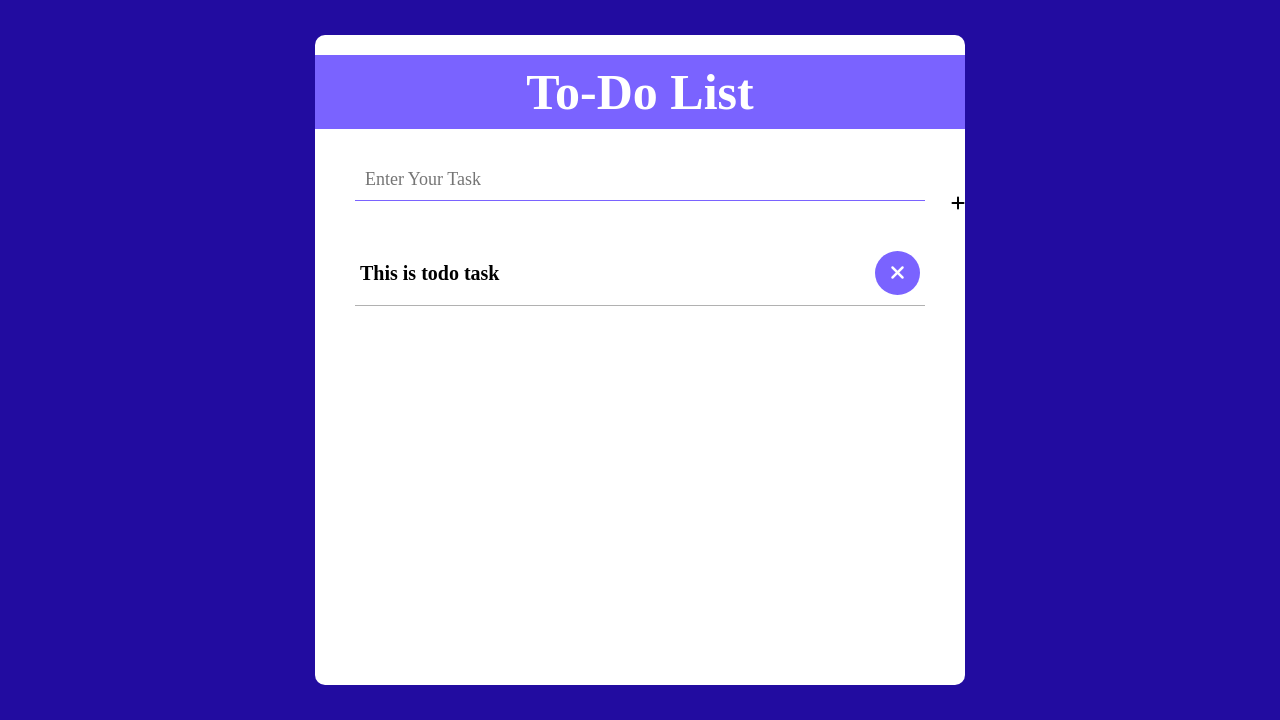
Repository: AliHassan02-Dev/To-Do-App
Page: /
The author's editor kept a copy of each file at every save. The page is drawn from the files as they stood at one save, then again after the next save.
The browser window is 1280 px wide. The pictures show the whole page.
Some web libraries are served in a nearby version. The project was rebuilt for these pictures with package versions that can differ from the ones it lists, and the page was loaded fresh each time. Also part of the build but not shown: vite.config.js.

Above is the page before, as saved 2024-10-28 11:53:43.

### src/App.css
* {
  margin: 0;
  padding: 0;
  box-sizing: border-box;
  font-family: poppins;
}

.mainWrapper {
  width: 100%;
  height: 100vh;
  background-color: rgb(34, 12, 160);
  display: flex;
  justify-content: center;
  flex-direction: column;
}

.mainWrapper .container {
  width: 100%;
  max-width: 650px;
  height: 650px;
  background-color: white;
  margin: auto;
  border-radius: 10px;
}

.mainWrapper .container .topBar {
  margin: 20px 0px;
}

.mainWrapper .container .topBar h2 {
  width: 100%;
  text-align: center;
  background-color: rgb(122, 99, 255);
  font-size: 50px;
  padding: 8px;
  color: white;
}

.mainWrapper .container .topBar .addTask {
  width: 100%;
  display: flex;
  justify-content: center;
  align-items: center;
  padding: 10px 40px;
  margin-top: 20px;
  position: relative;
}

.mainWrapper .container .topBar .addTask input {
  width: 100%;
  border: none;
  border-bottom: 1px solid rgb(122, 99, 255);
  font-size: 18px;
  padding: 10px;
}

.mainWrapper .container .topBar .addTask span {
  position: absolute;
  bottom: 0;
  right: 0;
}

.mainWrapper .container .bottomBar {
  margin: 20px 0px;
  padding: 10px 40px;
}

.mainWrapper .container .bottomBar ol {
  list-style-type: none;
}

.mainWrapper .container .bottomBar .taskList {
  width: 100%;
  flex-wrap: nowrap;
  display: flex;
  justify-content: space-between;
  align-items: center;
  border-bottom: 1px solid rgba(100, 100, 100, 0.5);
  padding: 10px 5px;
}

.mainWrapper .container .bottomBar .taskList li {
  font-size: 20px;
  font-weight: 600;
}

.mainWrapper .container .bottomBar .taskList span {
  color: white;
  background-color: rgb(122, 99, 255);
  padding: 12px 15px;
  font-size: 20px;
  border-radius: 100%;
  cursor: pointer;
}

### src/App.jsx
import React from "react";
import TaskList from "./Components/TaskList";

const App = () => {
  return (
    <div className="mainWrapper">
      <div className="container">
        <div className="topBar">
          <h2>To-Do List</h2>

          <div className="addTask">
            <input type="text" placeholder="Enter Your Task" />
            <span className="fa-solid fa-plus"></span>
          </div>
        </div>
        <div className="bottomBar">
          <ol>
            <TaskList />
          </ol>
        </div>
      </div>
    </div>
  );
};

export default App;

### src/Components/TaskList.jsx
import React from "react";

const TaskList = () => {
  return (
    <div className="taskList">
      <li>This is todo task</li>
      <span class="fa-solid fa-xmark"></span>
    </div>
  );
};

export default TaskList;

Loaded but not shown: index.html (common file); src/main.jsx (common file)

After the next save:
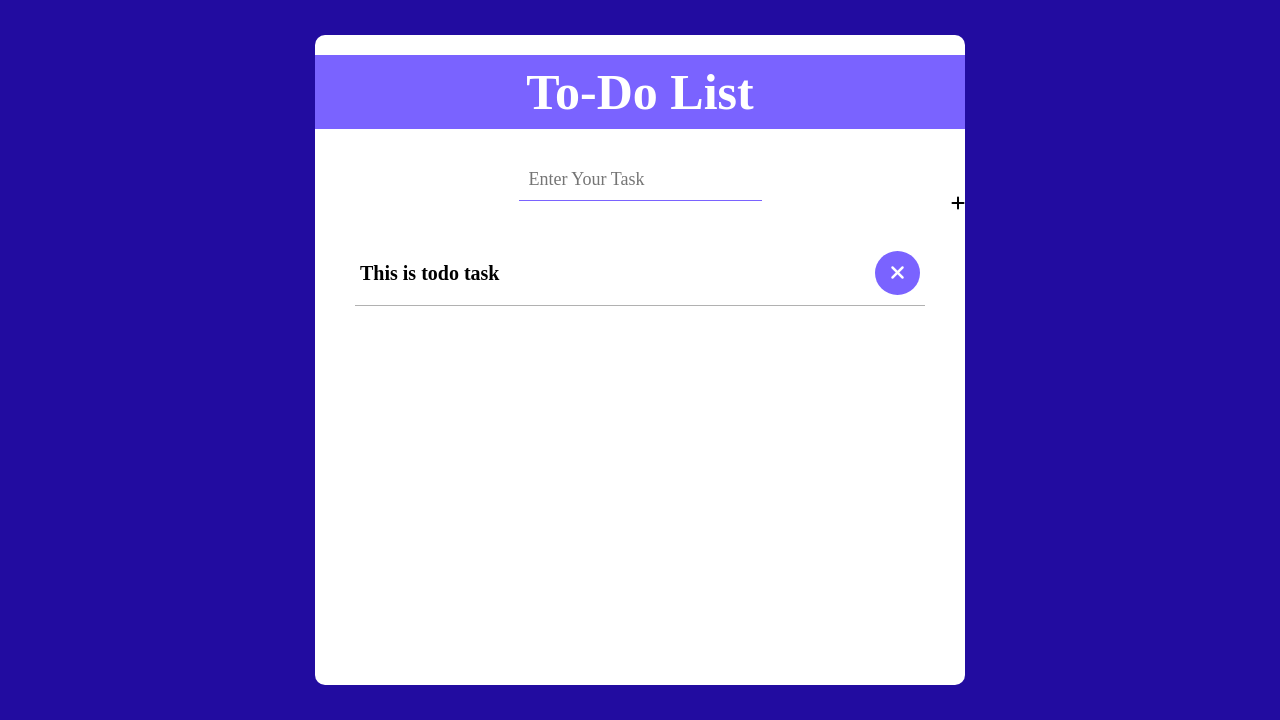
Saved 30 s later.
--- a/src/App.jsx
+++ b/src/App.jsx
@@ -9,8 +9,10 @@ const App = () => {
           <h2>To-Do List</h2>
 
           <div className="addTask">
-            <input type="text" placeholder="Enter Your Task" />
-            <span className="fa-solid fa-plus"></span>
+            <div className="wrapper">
+              <input type="text" placeholder="Enter Your Task" />
+              <span className="fa-solid fa-plus"></span>
+            </div>
           </div>
         </div>
         <div className="bottomBar">
